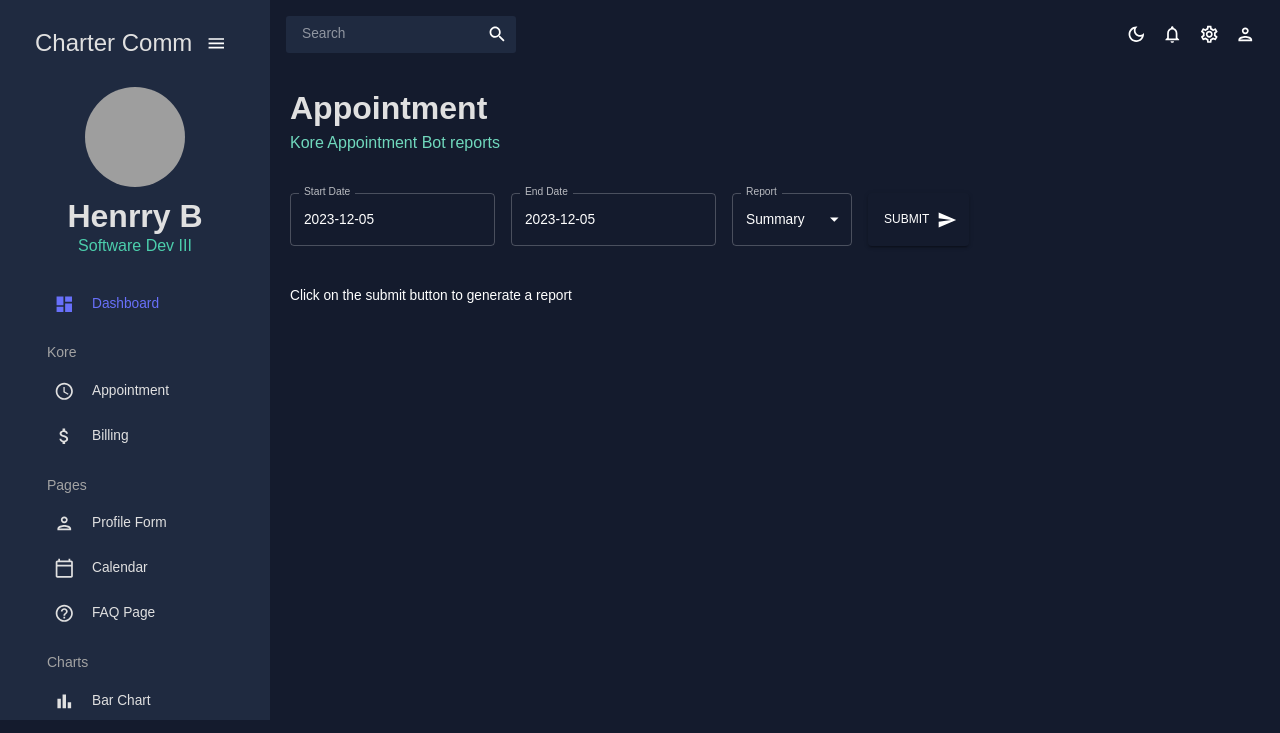
Repository: HenrryWith2Rs/reporthub
Page: /kore/appt (app in ui/)
These files come from the project's save history. The page is drawn as it stood at one moment and after the next save; the edit follows.
The browser window is 1280 px wide. The pictures show the whole page.
Pictures or frames that could not be fetched are drawn as grey boxes. The project was rebuilt for these pictures with package versions that can differ from the ones it lists, and the page was loaded fresh each time. Also part of the build but not shown: ui/vite.config.ts, ui/src/data/mockData.ts, ui/src/components/LineChart.tsx, ui/src/data/mockGeoFeatures.ts, ui/src/components/GeographyChart.tsx, ui/src/data/dataParser.ts, ui/src/components/BarChart.tsx, ui/src/components/ProgressCircle.tsx and 7 more.

Above is the page before, as saved 2023-12-07 07:23:52.

### ui/src/main.tsx
import React from 'react';
import ReactDOM from 'react-dom/client';
import { BrowserRouter } from 'react-router-dom';
import App from './App.tsx';
import './index.css';
import { LocalizationProvider } from '@mui/x-date-pickers';
import { AdapterDateFns } from '@mui/x-date-pickers/AdapterDateFns';
import { QueryClient, QueryClientProvider } from '@tanstack/react-query';
// import {ReactQueryDevtools} from "@tanstack/react-query-devtools"

const queryClient = new QueryClient();

ReactDOM.createRoot(document.getElementById('root')!).render(
  <React.StrictMode>
    <LocalizationProvider dateAdapter={AdapterDateFns}>
      <BrowserRouter>
        <QueryClientProvider client={queryClient}>
          <App />
        </QueryClientProvider>
      </BrowserRouter>
    </LocalizationProvider>
  </React.StrictMode>
);

### ui/src/App.tsx
import { Routes, Route } from 'react-router-dom';
import ThemeRegistry from './ThemeRegistry/ThemeRegistry';
import Topbar from './scenes/global/Topbar';
import Sidebar from './scenes/global/Sidebar';
import Dashboard from './scenes/dashboard';
import Appointment from './scenes/appointment';
import Bar from './scenes/bar';
import Pie from './scenes/pie';
import Line from './scenes/line';
import Geography from './scenes/geography';

function App() {
  return (
    <ThemeRegistry>
      <div className="app">
        <Sidebar />
        <main className="content">
          <Topbar />
          <Routes>
            <Route path="/" element={<Dashboard />} />
            <Route path="/kore/appt" element={<Appointment />} />
            <Route path="/bar" element={<Bar />} />
            <Route path="/pie" element={<Pie />} />
            <Route path="/line" element={<Line />} />
            <Route path="/geography" element={<Geography />} />
          </Routes>
        </main>
      </div>
    </ThemeRegistry>
  );
}

export default App;

### ui/src/index.css
@import url('https://fonts.googleapis.com/css2?family=Poppins:wght@300;400;500;600&family=Source+Code+Pro:wght@400;600;700&display=swap');

html,
body,
#root,
.app,
.content {
  height: 100%;
  width: 100%;
  font-family: 'Source Sans Pro', sans-serif;
}

.app {
  display: flex;
  position: relative;
}

::-webkit-scrollbar {
  width: 10px;
}

/* Track */
::-webkit-scrollbar-track {
  background: #e0e0e0;
}

/* Handle */
::-webkit-scrollbar-thumb {
  background: #888;
}

/* Handle on hover */
::-webkit-scrollbar-thumb:hover {
  background: #555;
}

### ui/src/ThemeRegistry/ThemeRegistry.tsx
import { ThemeProvider, CssBaseline } from '@mui/material';
import { ColorModeContext, useMode } from './theme';

export default function ThemeRegistry({
  children,
}: {
  children: React.ReactNode;
}) {
  const [theme, colorMode] = useMode();
  return (
    <ColorModeContext.Provider value={colorMode}>
      <ThemeProvider theme={theme}>
        {/* CssBaseline kickstart an elegant, consistent, and simple baseline to build upon. */}
        <CssBaseline />
        {children}
      </ThemeProvider>
    </ColorModeContext.Provider>
  );
}

### ui/src/scenes/global/Topbar.tsx
import { Box, IconButton, useTheme } from '@mui/material';
import { useContext } from 'react';
import { ColorModeContext, tokens } from '../../ThemeRegistry/theme';
import InputBase from '@mui/material/InputBase';
import LightModeOutlinedIcon from '@mui/icons-material/LightModeOutlined';
import DarkModeOutlinedIcon from '@mui/icons-material/DarkModeOutlined';
import NotificationsOutlinedIcon from '@mui/icons-material/NotificationsOutlined';
import SettingsOutlinedIcon from '@mui/icons-material/SettingsOutlined';
import PersonOutlinedIcon from '@mui/icons-material/PersonOutlined';
import SearchIcon from '@mui/icons-material/Search';

const Topbar = () => {
  const theme = useTheme();
  const colors = tokens(theme.palette.mode);
  const colorMode = useContext(ColorModeContext);

  return (
    <Box display="flex" justifyContent="space-between" p={2}>
      {/* SEARCH BAR */}
      <Box
        sx={{
          display: 'flex',
          backgroundColor: colors.primary[400],
          borderRadius: '3px',
        }}
      >
        <InputBase sx={{ ml: 2, flex: 1 }} placeholder="Search" />
        <IconButton type="button" sx={{ p: 1 }}>
          <SearchIcon />
        </IconButton>
      </Box>

      {/* ICONS */}
      <Box display="flex">
        <IconButton onClick={colorMode.toggleColorMode}>
          {theme.palette.mode === 'dark' ? (
            <DarkModeOutlinedIcon />
          ) : (
            <LightModeOutlinedIcon />
          )}
        </IconButton>
        <IconButton>
          <NotificationsOutlinedIcon />
        </IconButton>
        <IconButton>
          <SettingsOutlinedIcon />
        </IconButton>
        <IconButton>
          <PersonOutlinedIcon />
        </IconButton>
      </Box>
    </Box>
  );
};

export default Topbar;

### ui/src/scenes/global/Sidebar.tsx
import { useState } from 'react';
import { ProSidebar, Menu, MenuItem } from 'react-pro-sidebar';
import { Box, IconButton, Typography, useTheme } from '@mui/material';
import { Link } from 'react-router-dom';
import 'react-pro-sidebar/dist/css/styles.css';
import { tokens } from '../../ThemeRegistry/theme';
import DashboardIcon from '@mui/icons-material/Dashboard';
import AccessTimeIcon from '@mui/icons-material/AccessTime';
import AttachMoneyIcon from '@mui/icons-material/AttachMoney';

import PersonOutlinedIcon from '@mui/icons-material/PersonOutlined';
import CalendarTodayOutlinedIcon from '@mui/icons-material/CalendarTodayOutlined';
import HelpOutlineOutlinedIcon from '@mui/icons-material/HelpOutlineOutlined';
import BarChartOutlinedIcon from '@mui/icons-material/BarChartOutlined';
import PieChartOutlineOutlinedIcon from '@mui/icons-material/PieChartOutlineOutlined';
import TimelineOutlinedIcon from '@mui/icons-material/TimelineOutlined';
import MenuOutlinedIcon from '@mui/icons-material/MenuOutlined';
import MapOutlinedIcon from '@mui/icons-material/MapOutlined';

type ItemProps = {
  title: string;
  to: string;
  icon: JSX.Element;
  selected: string;
  setSelected: React.Dispatch<React.SetStateAction<string>>;
};

const Item: React.FC<ItemProps> = ({
  title,
  to,
  icon,
  selected,
  setSelected,
}) => {
  const theme = useTheme();
  const colors = tokens(theme.palette.mode);
  return (
    <MenuItem
      active={selected === title}
      style={{
        color: colors.grey[100],
      }}
      onClick={() => setSelected(title)}
      icon={icon}
    >
      <Typography>{title}</Typography>
      <Link to={to} />
    </MenuItem>
  );
};

const Sidebar = () => {
  const theme = useTheme();
  const colors = tokens(theme.palette.mode);
  const [isCollapsed, setIsCollapsed] = useState(false);
  const [selected, setSelected] = useState('Dashboard');

  return (
    <Box
      sx={{
        '& .pro-sidebar-inner': {
          background: `${colors.primary[400]} !important`,
        },
        '& .pro-icon-wrapper': {
          backgroundColor: 'transparent !important',
        },
        '& .pro-inner-item': {
          padding: '5px 35px 5px 20px !important',
        },
        '& .pro-inner-item:hover': {
          color: '#868dfb !important',
        },
        '& .pro-menu-item.active': {
          color: '#6870fa !important',
        },
      }}
    >
      <ProSidebar collapsed={isCollapsed}>
        <Menu iconShape="square">
          {/* LOGO AND MENU ICON */}
          <MenuItem
            onClick={() => setIsCollapsed(!isCollapsed)}
            icon={isCollapsed ? <MenuOutlinedIcon /> : undefined}
            style={{
              margin: '10px 0 20px 0',
              color: colors.grey[100],
            }}
          >
            {!isCollapsed && (
              <Box
                display="flex"
                justifyContent="space-between"
                alignItems="center"
                ml="15px"
              >
                <Typography variant="h3" color={colors.grey[100]}>
                  Charter Comm
                </Typography>
                <IconButton onClick={() => setIsCollapsed(!isCollapsed)}>
                  <MenuOutlinedIcon />
                </IconButton>
              </Box>
            )}
          </MenuItem>

          {!isCollapsed && (
            <Box mb="25px">
              <Box display="flex" justifyContent="center" alignItems="center">
                <img
                  alt="profile-user"
                  width="100px"
                  height="100px"
                  src={`../../assets/me.png`}
                  style={{ cursor: 'pointer', borderRadius: '50%' }}
                />
              </Box>
              <Box textAlign="center">
                <Typography
                  variant="h2"
                  color={colors.grey[100]}
                  fontWeight="bold"
                  sx={{ m: '10px 0 0 0' }}
                >
                  Henrry B
                </Typography>
                <Typography variant="h5" color={colors.greenAccent[500]}>
                  Software Dev III
                </Typography>
              </Box>
            </Box>
          )}

          <Box paddingLeft={isCollapsed ? undefined : '10%'}>
            <Item
              title="Dashboard"
              to="/"
              icon={<DashboardIcon />}
              selected={selected}
              setSelected={setSelected}
            />

            <Typography
              variant="h6"
              color={colors.grey[300]}
              sx={{ m: '15px 0 5px 20px' }}
            >
              Kore
            </Typography>
            <Item
              title="Appointment"
              to="/kore/appt"
              icon={<AccessTimeIcon />}
              selected={selected}
              setSelected={setSelected}
            />
            <Item
              title="Billing"
              to="/kore/bill"
              icon={<AttachMoneyIcon />}
              selected={selected}
              setSelected={setSelected}
            />

            <Typography
              variant="h6"
              color={colors.grey[300]}
              sx={{ m: '15px 0 5px 20px' }}
            >
              Pages
            </Typography>
            <Item
              title="Profile Form"
              to="/form"
              icon={<PersonOutlinedIcon />}
              selected={selected}
              setSelected={setSelected}
            />
            <Item
              title="Calendar"
              to="/calendar"
              icon={<CalendarTodayOutlinedIcon />}
              selected={selected}
              setSelected={setSelected}
            />
            <Item
              title="FAQ Page"
              to="/faq"
              icon={<HelpOutlineOutlinedIcon />}
              selected={selected}
              setSelected={setSelected}
            />

            <Typography
              variant="h6"
              color={colors.grey[300]}
              sx={{ m: '15px 0 5px 20px' }}
            >
              Charts
            </Typography>
            <Item
              title="Bar Chart"
              to="/bar"
              icon={<BarChartOutlinedIcon />}
              selected={selected}
              setSelected={setSelected}
            />
            <Item
              title="Pie Chart"
              to="/pie"
              icon={<PieChartOutlineOutlinedIcon />}
              selected={selected}
              setSelected={setSelected}
            />
            <Item
              title="Line Chart"
              to="/line"
              icon={<TimelineOutlinedIcon />}
              selected={selected}
              setSelected={setSelected}
            />
            <Item
              title="Geography Chart"
              to="/geography"
              icon={<MapOutlinedIcon />}
              selected={selected}
              setSelected={setSelected}
            />
          </Box>
        </Menu>
      </ProSidebar>
    </Box>
  );
};

export default Sidebar;

### ui/src/scenes/appointment/index.tsx
import { useState, useEffect } from 'react';
import { tokens } from '../../ThemeRegistry/theme';
import Header from '../../components/Header';
import {
  useTheme,
  Box,
  Stack,
  Button,
  MenuItem,
  InputLabel,
  FormControl,
  CircularProgress,
} from '@mui/material';
import SendIcon from '@mui/icons-material/Send';
import Select, { SelectChangeEvent } from '@mui/material/Select';
import { DatePicker } from '@mui/x-date-pickers/DatePicker';
import { format } from 'date-fns';
import { getLastNDays } from '../../utils/dateUtils';
import { ReportType } from '../../types/koreTypes';
import useBotData from '../../api/dataHooks/useAppointmentData';

const Appointment = () => {
  const theme = useTheme();
  const colors = tokens(theme.palette.mode);

  // State variables
  const [dateStart, setDateStart] = useState<Date | null>(new Date());
  const [dateEnd, setDateEnd] = useState<Date | null>(new Date());
  const [reportType, setReportType] = useState<ReportType>('summary');
  const [isFetchEnabled, setIsFetchEnabled] = useState<boolean>(false);

  // Effect to set initial date values
  useEffect(() => {
    const { startDate, endDate } = getLastNDays(1);
    setDateStart(startDate);
    setDateEnd(endDate);
  }, []);

  // Format date values
  const formattedStartDate = formatDate(dateStart);
  const formattedEndDate = formatDate(dateEnd);

  // Fetch data using useBotData
  const { data, isFetching, error, refetch } = useBotData(
    'appointment',
    formattedStartDate,
    formattedEndDate,
    reportType,
    'html',
    isFetchEnabled
  );

  // Log loading, error, or API response
  if (isFetching) {
    console.log('Loading...');
  } else if (error) {
    console.error('Error fetching data');
  } else if (data) {
    console.log('API Response:', data);
    // Display data or update state as needed
  }

  // Handle select change
  const handleSelectChange = (event: SelectChangeEvent) => {
    setReportType(event.target.value as ReportType);
  };

  // Handle form submission
  const handleSubmit = () => {
    setIsFetchEnabled(true); // Enable fetching
    refetch(); // Trigger API call
  };
  return (
    <Box m="20px">
      <Header title="Appointment" subtitle="Kore Appointment Bot reports" />
      <Box m="40px 0 0 0" height="75vh">
        <Stack direction="row" spacing={2}>
          <DatePicker
            label="Start Date"
            format="yyyy-MM-dd"
            value={dateStart}
            onChange={(newValue) => setDateStart(newValue)}
          />
          <DatePicker
            label="End Date"
            format="yyyy-MM-dd"
            value={dateEnd}
            onChange={(newValue) => setDateEnd(newValue)}
          />
          <FormControl sx={{ minWidth: 120 }}>
            <InputLabel>Report</InputLabel>
            <Select
              value={reportType}
              label="Report"
              onChange={handleSelectChange}
            >
              <MenuItem value={'summary'}>Summary</MenuItem>
              <MenuItem value={'detailed'}>Detailed</MenuItem>
            </Select>
          </FormControl>
          <Button
            variant="contained"
            endIcon={<SendIcon />}
            onClick={handleSubmit}
          >
            Submit
          </Button>
        </Stack>
        <Box m="40px 0 0 0" height="10vh">
          {isFetching ? (
            <CircularProgress />
          ) : error ? (
            <div>Error fetching data. Please try again.</div>
          ) : data ? (
            <div>Data loaded successfully!</div>
          ) : (
            <div>Click on the submit button to generate a report</div>
          )}
        </Box>
      </Box>
    </Box>
  );
};

const formatDate = (date: Date | null): string => {
  return date ? format(date, 'yyyy-MM-dd') : '';
};

export default Appointment;

### ui/src/ThemeRegistry/theme.ts
import { createContext, useState, useMemo } from 'react';
import { Theme, createTheme } from '@mui/material/styles';

type Mode = 'dark' | 'light';

// color design tokens export
export const tokens = (mode: Mode) => ({
  ...(mode === 'dark'
    ? {
        grey: {
          100: '#e0e0e0',
          200: '#c2c2c2',
          300: '#a3a3a3',
          400: '#858585',
          500: '#666666',
          600: '#525252',
          700: '#3d3d3d',
          800: '#292929',
          900: '#141414',
        },
        primary: {
          100: '#d0d1d5',
          200: '#a1a4ab',
          300: '#727681',
          400: '#1F2A40',
          500: '#141b2d',
          600: '#101624',
          700: '#0c101b',
          800: '#080b12',
          900: '#040509',
        },
        greenAccent: {
          100: '#dbf5ee',
          200: '#b7ebde',
          300: '#94e2cd',
          400: '#70d8bd',
          500: '#4cceac',
          600: '#3da58a',
          700: '#2e7c67',
          800: '#1e5245',
          900: '#0f2922',
        },
        redAccent: {
          100: '#f8dcdb',
          200: '#f1b9b7',
          300: '#e99592',
          400: '#e2726e',
          500: '#db4f4a',
          600: '#af3f3b',
          700: '#832f2c',
          800: '#58201e',
          900: '#2c100f',
        },
        blueAccent: {
          100: '#e1e2fe',
          200: '#c3c6fd',
          300: '#a4a9fc',
          400: '#868dfb',
          500: '#6870fa',
          600: '#535ac8',
          700: '#3e4396',
          800: '#2a2d64',
          900: '#151632',
        },
      }
    : {
        grey: {
          100: '#141414',
          200: '#292929',
          300: '#3d3d3d',
          400: '#525252',
          500: '#666666',
          600: '#858585',
          700: '#a3a3a3',
          800: '#c2c2c2',
          900: '#e0e0e0',
        },
        primary: {
          100: '#040509',
          200: '#080b12',
          300: '#0c101b',
          400: '#f2f0f0', // manually changed
          500: '#141b2d',
          600: '#1F2A40',
          700: '#727681',
          800: '#a1a4ab',
          900: '#d0d1d5',
        },
        greenAccent: {
          100: '#0f2922',
          200: '#1e5245',
          300: '#2e7c67',
          400: '#3da58a',
          500: '#4cceac',
          600: '#70d8bd',
          700: '#94e2cd',
          800: '#b7ebde',
          900: '#dbf5ee',
        },
        redAccent: {
          100: '#2c100f',
          200: '#58201e',
          300: '#832f2c',
          400: '#af3f3b',
          500: '#db4f4a',
          600: '#e2726e',
          700: '#e99592',
          800: '#f1b9b7',
          900: '#f8dcdb',
        },
        blueAccent: {
          100: '#151632',
          200: '#2a2d64',
          300: '#3e4396',
          400: '#535ac8',
          500: '#6870fa',
          600: '#868dfb',
          700: '#a4a9fc',
          800: '#c3c6fd',
          900: '#e1e2fe',
        },
      }),
});

// mui theme settings
export const themeSettings = (mode: Mode) => {
  const colors = tokens(mode);
  return {
    palette: {
      mode: mode,
      ...(mode === 'dark'
        ? {
            // palette values for dark mode
            primary: {
              main: colors.primary[500],
            },
            secondary: {
              main: colors.greenAccent[500],
            },
            neutral: {
              dark: colors.grey[700],
              main: colors.grey[500],
              light: colors.grey[100],
            },
            background: {
              default: colors.primary[500],
            },
          }
        : {
            // palette values for light mode
            primary: {
              main: colors.primary[100],
            },
            secondary: {
              main: colors.greenAccent[500],
            },
            neutral: {
              dark: colors.grey[700],
              main: colors.grey[500],
              light: colors.grey[100],
            },
            background: {
              default: '#fcfcfc',
            },
          }),
    },
    typography: {
      fontFamily: ['Source Sans Pro', 'sans-serif'].join(','),
      fontSize: 12,
      h1: {
        fontFamily: ['Source Sans Pro', 'sans-serif'].join(','),
        fontSize: 40,
      },
      h2: {
        fontFamily: ['Source Sans Pro', 'sans-serif'].join(','),
        fontSize: 32,
      },
      h3: {
        fontFamily: ['Source Sans Pro', 'sans-serif'].join(','),
        fontSize: 24,
      },
      h4: {
        fontFamily: ['Source Sans Pro', 'sans-serif'].join(','),
        fontSize: 20,
      },
      h5: {
        fontFamily: ['Source Sans Pro', 'sans-serif'].join(','),
        fontSize: 16,
      },
      h6: {
        fontFamily: ['Source Sans Pro', 'sans-serif'].join(','),
        fontSize: 14,
      },
    },
  };
};

// context for color mode
export const ColorModeContext = createContext({
  toggleColorMode: () => {},
});

export const useMode = (): [Theme, { toggleColorMode: () => void }] => {
  const [mode, setMode] = useState<Mode>('dark');

  const colorMode = useMemo(
    () => ({
      toggleColorMode: () =>
        setMode((prev) => (prev === 'light' ? 'dark' : 'light')),
    }),
    []
  );

  const theme = useMemo(() => createTheme(themeSettings(mode)), [mode]);
  return [theme, colorMode];
};

### ui/src/components/Header.tsx
import { Typography, Box, useTheme } from '@mui/material';
import { tokens } from '../ThemeRegistry/theme';

type HeaderProps = {
  title: string;
  subtitle: string;
};

const Header = ({ title, subtitle }: HeaderProps) => {
  const theme = useTheme();
  const colors = tokens(theme.palette.mode);
  return (
    <Box mb="30px">
      <Typography
        variant="h2"
        color={colors.grey[100]}
        fontWeight="bold"
        sx={{ m: '0 0 5px 0' }}
      >
        {title}
      </Typography>
      <Typography variant="h5" color={colors.greenAccent[400]}>
        {subtitle}
      </Typography>
    </Box>
  );
};

export default Header;

### ui/src/utils/dateUtils.ts
import { subDays } from 'date-fns';

export function getLastNDays(n: number): {
  startDate: Date;
  endDate: Date;
} {
  const currentDate = new Date();
  const endDate = subDays(currentDate, 1);
  const startDate = subDays(currentDate, n);

  return { startDate, endDate };
}

### ui/src/api/dataHooks/useAppointmentData.ts
// useBotData.ts
import { useQuery } from '@tanstack/react-query';
import {
  RequestParameters,
  BotType,
  ReportType,
  FormatType,
} from '../../types/koreTypes';
import { fetchAppointmentData } from '../data/koreBotDataFetcher';

const useBotData = (
  botType: string,
  dateStart: string,
  dateEnd: string,
  reportType: string,
  format: string,
  isFetchEnabled: boolean
) => {
  const params: RequestParameters = {
    bot: botType as BotType,
    reportType: reportType as ReportType,
    format: format as FormatType,
    dateStart,
    dateEnd,
  };

  const { data, isFetching, error, refetch } = useQuery({
    queryKey: [`${botType}Data`, dateStart, dateEnd],
    queryFn: () => fetchAppointmentData(params),
    enabled: isFetchEnabled,
  });

  return {
    data,
    isFetching,
    error,
    refetch,
  };
};

export default useBotData;

### ui/src/api/data/koreBotDataFetcher.ts
import axios from 'axios';
import { RequestParameters } from '../../types/koreTypes';

export const fetchAppointmentData = async (params: RequestParameters) => {
  try {
    const response = await axios.post(
      'http://localhost:3000/api/kore/appt',
      params
    );

    return response.data;
  } catch (error) {
    throw new Error(`Failed to fetch appointment data -> ${error}`);
  }
};

Loaded but not shown: ui/index.html (common file)

After the next save:
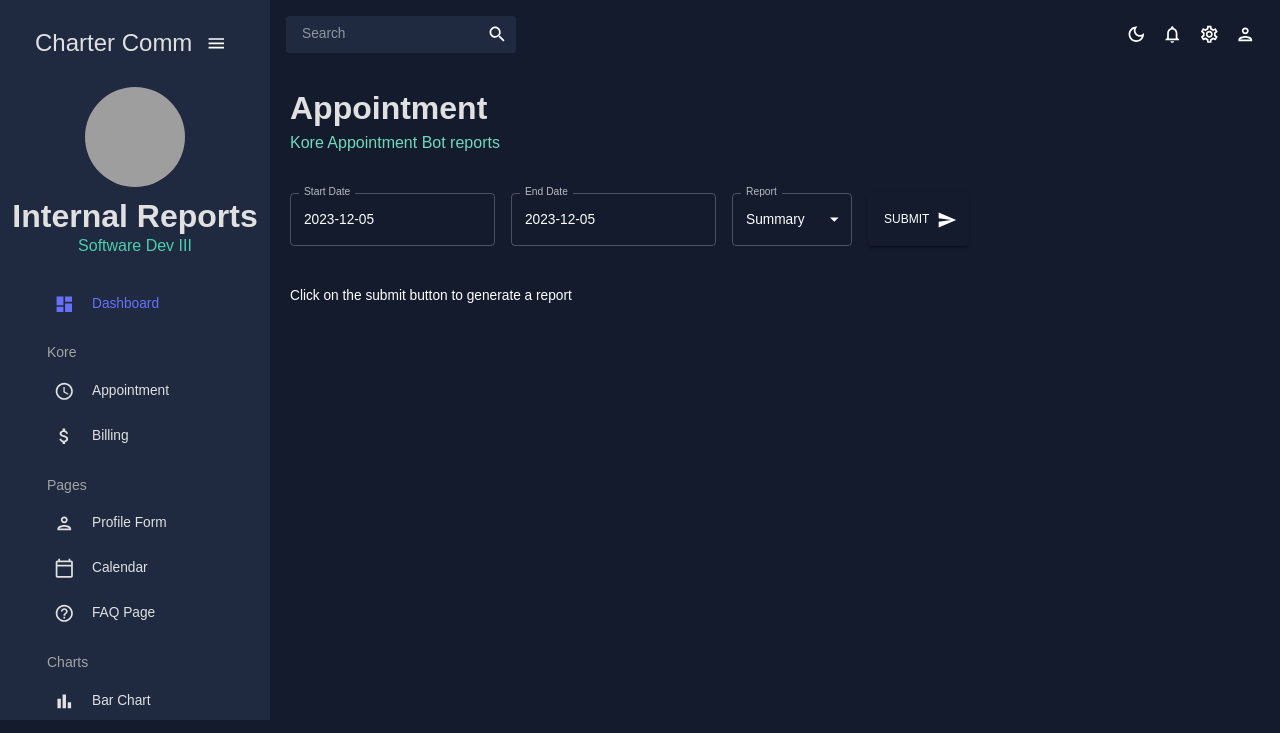
Saved 2 min 13 s later.
--- a/ui/src/scenes/global/Sidebar.tsx
+++ b/ui/src/scenes/global/Sidebar.tsx
@@ -121,7 +121,7 @@ const Sidebar = () => {
                   fontWeight="bold"
                   sx={{ m: '10px 0 0 0' }}
                 >
-                  Henrry B
+                  Internal Reports
                 </Typography>
                 <Typography variant="h5" color={colors.greenAccent[500]}>
                   Software Dev III
